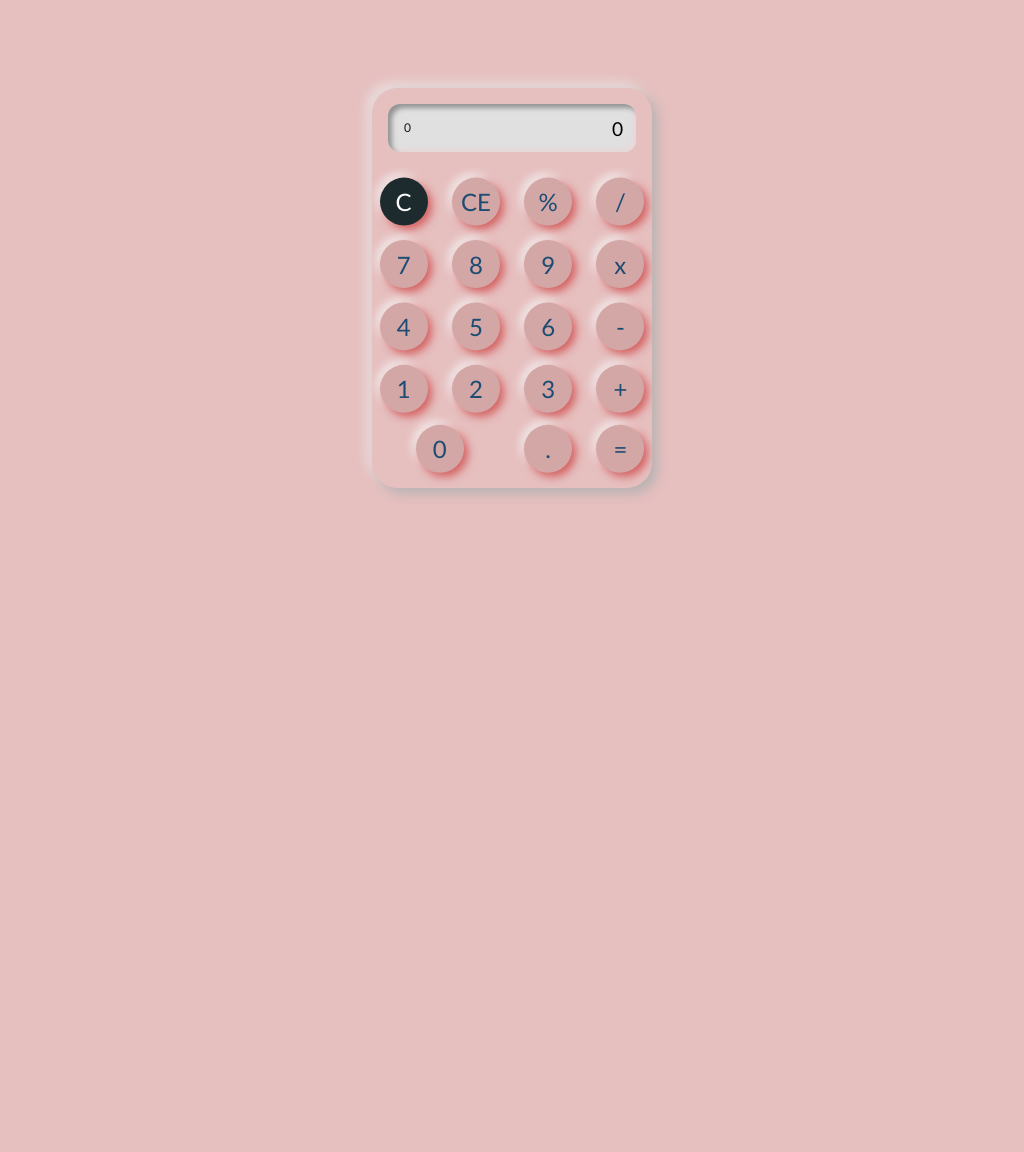
Repository: Goldmyn/Calculator
Page: index.html
An editor plug-in stored every save of this project. The page is shown before and after the next save, followed by the edit.
The browser window is 1280 px wide. The pictures show the whole page, at 80% of full size.
The pointer rests on the first visible `.button`.

Above is the page before, as saved 2022-09-28 04:33:27.

After the next save:
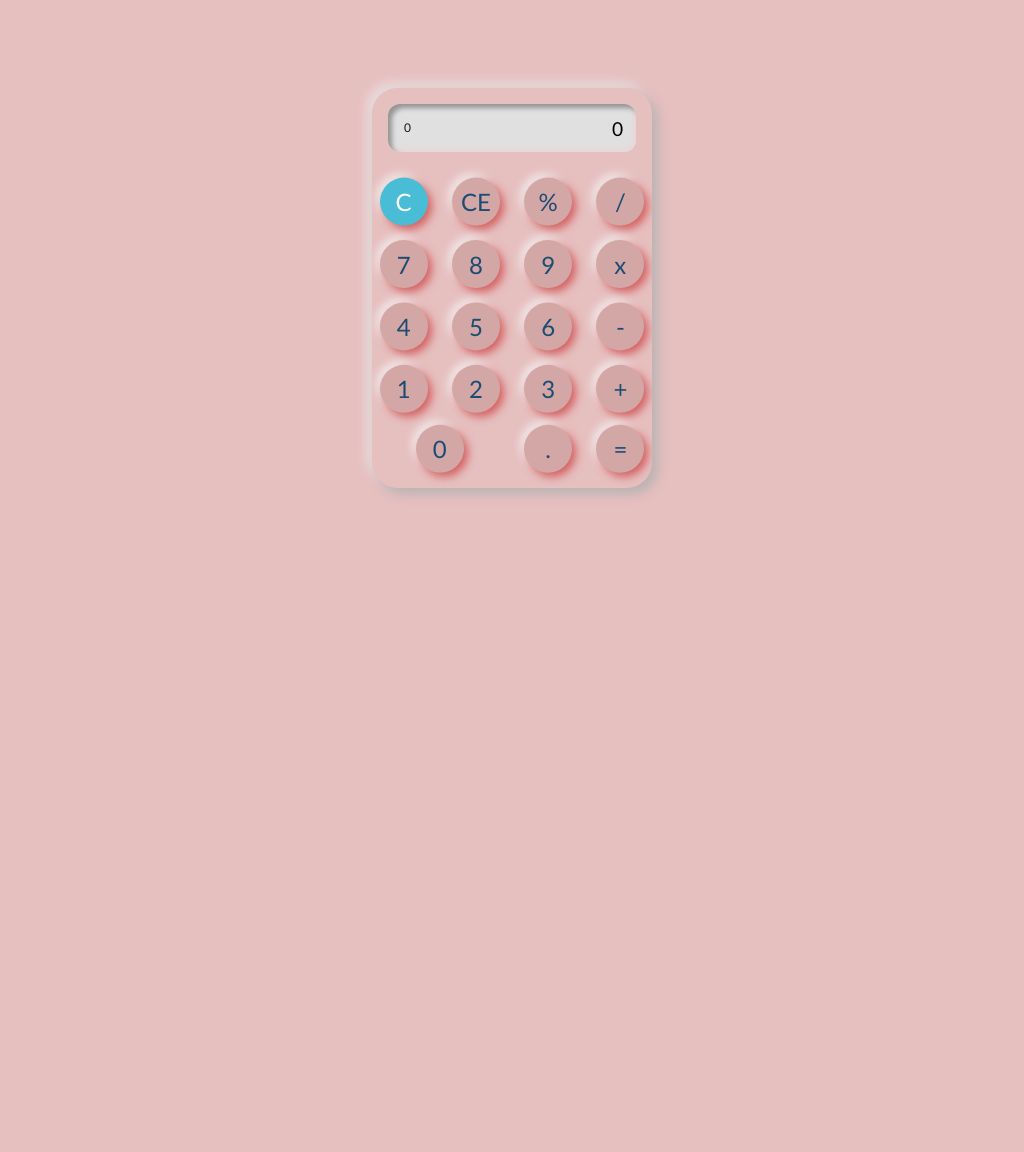
Saved 20 s later.
--- a/index.css
+++ b/index.css
@@ -84,7 +84,7 @@
     box-shadow: 5px 5px 11px #d45f5f, -5px -5px 11px #f1eaea;
   }
   .button:hover {
-    background-color: rgb(30, 43, 46);
+    background-color: rgb(73, 188, 214);
     color: white;
   }
   .btn-0 {
